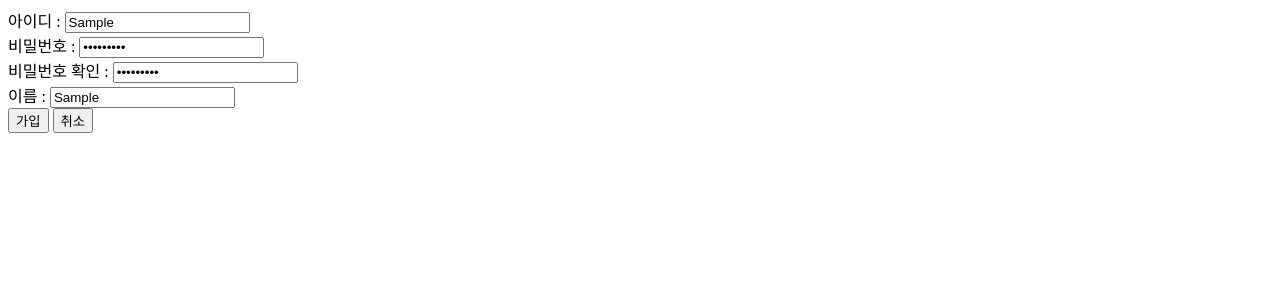
Repository: ih0615/NewJSP
Page: http://localhost/board/views/member/registerForm.jsp
An editor plug-in stored every save of this project. The page is shown before and after the next save, followed by the edit.
The browser window is 1280 px wide. The pictures show the whole page.
Empty fields were first filled with sample values (such as "Sample", 5 or name@example.com).
After loading, the first visible `button` was clicked once.
The page is served by Tomcat 9. Nobody is signed in. The application's start-up code is not run.

Above is the page before, as saved 2020-11-20 03:37:28.

After the next save:
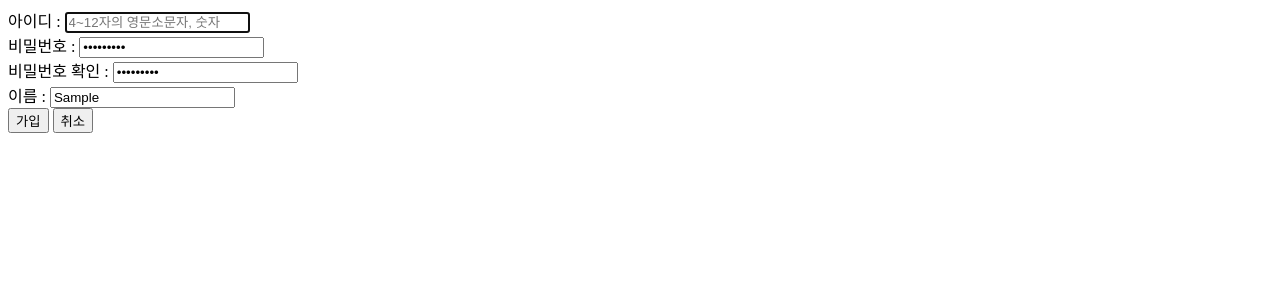
Saved 2 min 31 s later.
--- a/board/WebContent/views/member/registerForm.jsp
+++ b/board/WebContent/views/member/registerForm.jsp
@@ -39,7 +39,9 @@
 
 		var regExpId = new RegExp("^[a-z][0-9]{4,12}$", "g");
 		if (regExpId.exec(id) == null) {
-
+			alert("잘못된 아이디 형식입니다.");
+			$('#id').val('');
+			$('#id').focus();
 		}
 	}
 </script>
